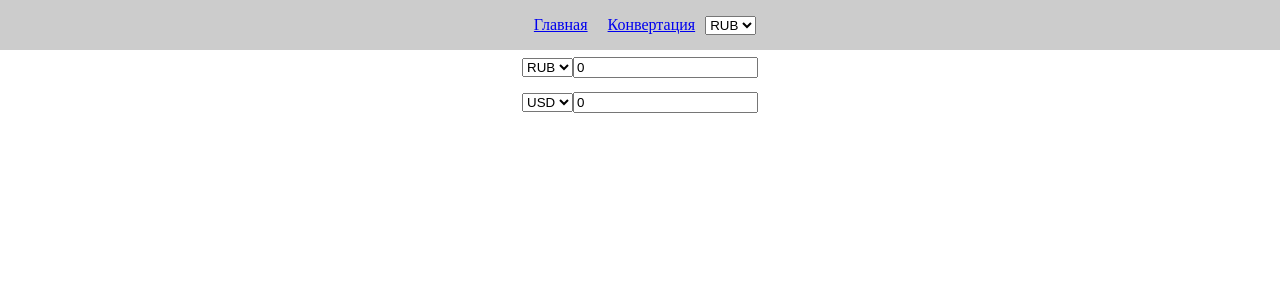
Repository: Friend689/vite-vue-currency-conversion
Page: /convert
An editor plug-in stored every save of this project. The page is shown before and after the next save, followed by the edit.
The browser window is 1280 px wide. The pictures show the whole page.
The page's requests for data from a server got no answer. The project was rebuilt for these pictures with package versions that can differ from the ones it lists, and the page was loaded fresh each time. No one was signed in, and anything a server would have sent is missing. Also part of the build but not shown: vite.config.js, src/views/Main.vue.

Above is the page before, as saved 2024-09-03 19:46:46.

After the next save:
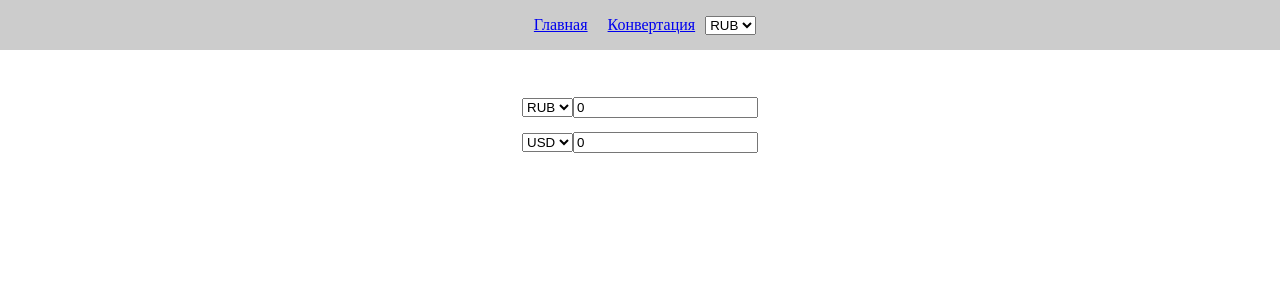
Saved 11 s later.
--- a/src/views/Convert.vue
+++ b/src/views/Convert.vue
@@ -51,7 +51,9 @@ const convert = () => {
 </template>
 
 <style scoped>
-.page-convert {}
+.page-convert {
+  padding-top: 40px;
+}
 form {
   display: flex;
   flex-direction: column;
